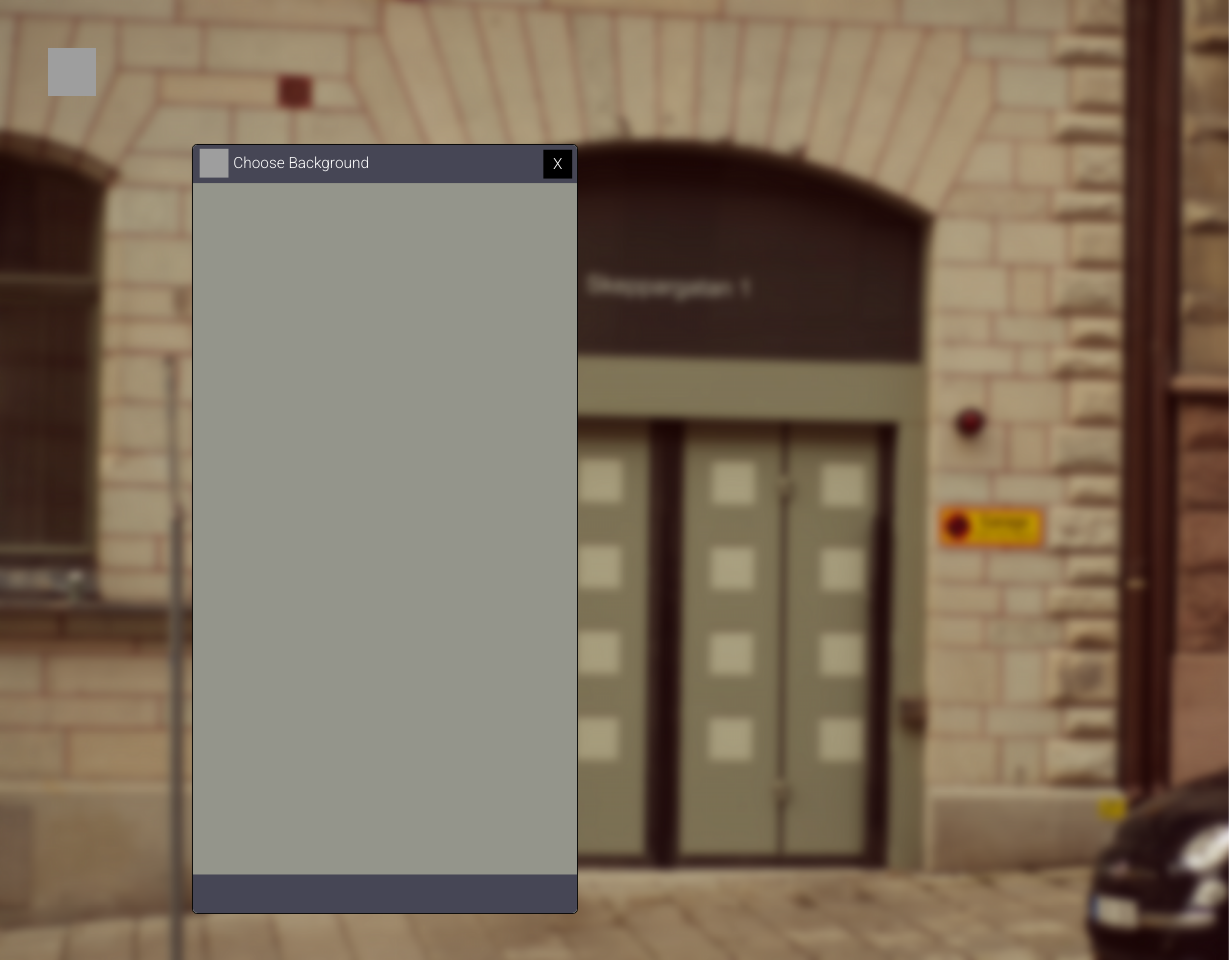
Repository: fl222hr/1dv403-laborationer
Page: 5-pwd/index.html
The author's editor kept a record of every edit. The page is drawn from the files as they stood at one moment, then again after the next edit.
The browser window is 1280 px wide. The pictures show the whole page, at 96% of full size.
Pictures or frames that could not be fetched are drawn as grey boxes. Some web libraries are served in a nearby version.

Above is the page before.

### 5-pwd/index.html
<!DOCTYPE html>
<html>
    <head>
        <link href='http://fonts.googleapis.com/css?family=Source+Sans+Pro:200,300,400,600,700,900,200italic,300italic,400italic,600italic,700italic,900italic' rel='stylesheet' type='text/css'>
        <link href="//maxcdn.bootstrapcdn.com/font-awesome/4.2.0/css/font-awesome.min.css" rel="stylesheet">
        <link href="css/custom.css" rel="stylesheet">
        <meta charset="utf-8">
        <link href='http://fonts.googleapis.com/css?family=Roboto:400,300' rel='stylesheet' type='text/css'>
    <title>Desktop App</title>
    </head>
    <body>
    <script src="Popup.js"></script>
    <script src="Desktop.js"></script>




    </body>
</html>

### 5-pwd/css/custom.css
/*#B7B6C1
*/
body{
    padding:0px;
    margin:0px;
    font-family: 'Roboto', sans-serif;
    font-weight:lighter;
}
#desktop{
    overflow:hidden;
    margin-left:auto;
    margin-right:auto;
    width:100%;
    height:1000px;
    background-size:cover;
}

.icon{
    width:50px;
    height:50px;
    margin-left:50px;
    margin-top:50px;
    background-size:contain;
    cursor:pointer;
}

.popup{
    background-color:#94958B;
    border-radius:5px;
    border-style:solid;
    border-color:black;
    border-width:1px;
}

.topBar{
    width:100%;
    height:5%;
    background-color:#464655;
    border-top-left-radius:5px;
    border-top-right-radius:5px;
}

.headline{
    margin-left:5px;
    margin-top:2px;
    height:35px;
    float:left;
}

.headlineIcon{
    float:left;
    margin-left:2px;
    margin-top:2px;
    height:30px;
    width:30px;
    background-size:contain;
}

.headlineText{
    float:left;
    color:white;
    line-height:30px;
    margin-top:2px;
    margin-left:5px;
}

.closeButton{
    text-align:center;
    line-height:30px;
    color:white;
    margin-top:5px;
    margin-right:5px;
    height:30px;
    width:30px;
    background-color:black;
    float:right;
    cursor:pointer;
}

.closeButton:hover{
    cursor:pointer;
}

.popupContent{
    width:100%;
    height:90%;
    background-color:#94958B;
    overflow:scroll;
}

.bottomBar{
    width:100%;
    height:5%;
    background-color:#464655;
    border-bottom-left-radius:5px;
    border-bottom-right-radius:5px;
}

.container{
    background-color:#94958B;
    -webkit-transform: rotate(-90deg);
    -moz-transform: rotate(-90deg);
    -ms-transform: rotate(-90deg);
    -o-transform: rotate(-90deg);
    transform: rotate(-90deg);
    border-bottom-right-radius:10px;
    border-style:solid;
    border-color:gray;
}
.tab{
    color:white;
    border-top-left-radius:10px;
    border-top-right-radius:10px;
    font-size:16px;
    height:30px;
    position:absolute;
    background-color:#464655;
    text-align:center;
    -webkit-transition:all .5s ease-out;
    -moz-transition:all .5s ease-out;
    -ms-transition:all .5s ease-out;
    -o-transition:all .5s ease-out;
    transition:all .5s ease-out;
    -webkit-transform: rotate(90deg);
    -moz-transform: rotate(90deg);
    -ms-transform: rotate(90deg);
    -o-transform: rotate(90deg);
    transform: rotate(90deg);
    padding:0px;
}

.tabActive{
    color:white;
    border-top-left-radius:10px;
    border-top-right-radius:10px;
    -webkit-transition:all .5s ease-out;
    -moz-transition:all .5s ease-out;
    -ms-transition:all .5s ease-out;
    -o-transition:all .5s ease-out;
    transition:all .5s ease-out;
    font-size:16px;
    height:30px;
    position:absolute;
    background-color:#464655;
    text-align:center;
    -webkit-transform: rotate(90deg) translate(0px, -400px);
    -moz-transform: rotate(90deg) translate(0px, -400px);
    -ms-transform: rotate(90deg) translate(0px, -400px);
    -o-transform: rotate(90deg) translate(0px, -400px);
    transform: rotate(90deg) translate(0px, -400px);
    padding:0px;
}

### 5-pwd/Popup.js
"use strict";

function Popup(ID, parent, name, iconURL, width, height, leftMargin, topMargin){

    var active = false;
    //Skapa popupen och sätt dess egenskaper
    var popup = document.createElement('div');
    popup.className = "popup";
    popup.style.width = width + "px";
    popup.style.height = height + "px";
    popup.style.marginLeft = leftMargin +"px";
    popup.style.marginTop = topMargin +"px";
    document.getElementById(parent).appendChild(popup);  //Addera popupen till Desktopen

    //Skapa top-baren
    var topBar = document.createElement('div');
    topBar.className = "topBar";
    popup.appendChild(topBar); //Addera TopBaren till popupen

        var headline = document.createElement('div');
        headline.className = "headline";
        topBar.appendChild(headline);

            var headlineIcon = document.createElement('div');
            headlineIcon.className = "headlineIcon";
            headlineIcon.style.backgroundImage =  "url(\""+iconURL+"\")";
            headline.appendChild(headlineIcon);

            var headlineText = document.createElement('p');
            headlineText.className = "headlineText";
            headlineText.innerHTML = name;
            headline.appendChild(headlineText);

        var closeButton = document.createElement('div');
        closeButton.className = "closeButton";
        closeButton.innerHTML = "X";
        topBar.appendChild(closeButton);

    //Skapa content-diven i popupen
    var popupContent = document.createElement('div');
    popupContent.className = "popupContent";
    popupContent.id = ID;
    popup.appendChild(popupContent);

    //Skapa bottom-baren
    var bottomBar = document.createElement('div');
    bottomBar.className = "bottomBar";
    popup.appendChild(bottomBar);

        var statusText = document.createElement('div');
        statusText.className = "statusText";
        bottomBar.appendChild(statusText);


    closeButton.onclick = function(){
    document.getElementById(parent).removeChild(popup);

    };

    this.setStatusText = function(text){
        statusText.innerHTML = text;
    };

    this.getParent = function(){
        return parent;
    };

    this.getWidth = function(){
      return width;
    };

}

### 5-pwd/Desktop.js
"use strict";

var DesktopApp ={

    defaultBackground: "images/default.png", //variable to keep url to default background
    backgrounIcon: "images/bgIcon.png",
    desktopID: "desktop",
    toolbarID: "toolbar",
    buttonID:"button",
    popupURL: "popup.html",

    init:function(){
    this.setupDesktop();
    this.setBackground(this.defaultBackground);
    },

    setupDesktop:function(){

    //Setup the desktop
    var desktop = document.createElement('div');
    desktop.id = this.desktopID;
    document.body.appendChild(desktop); //add the desktop to the "site"

    var icon = document.createElement('div');
    icon.className = "icon";
    icon.style.backgroundImage = "url(\""+this.backgrounIcon+"\")";
    desktop.appendChild(icon);

    icon.onclick = function(){
    document.getElementById(parent).removeChild(popup);

    };

    //var backgroundTab = new Tab("bgTab", this.desktopID, "Background", 400, 800, 50, 100);
    var popup = new Popup("bgPopup", this.desktopID, "Choose Background", this.backgrounIcon, 400, 800, 200, 50);
    },

    setBackground:function(imageUrl){
        console.log("Fired");
        document.getElementById(this.desktopID).style.backgroundImage = "url(\""+imageUrl+"\")";
    }
};

window.onload = function(){
    DesktopApp.init();
};


/*
//var win = open('index.html', 'example', 'width=1024,height=640')
win.focus()
win.onload = function() {
  var div = win.document.createElement('div')
  div.innerHTML = 'Welcome into the future!'
  div.style.fontSize = '30px'
  win.document.body.insertBefore(div, win.document.body.firstChild)
}
*/

After the next edit:
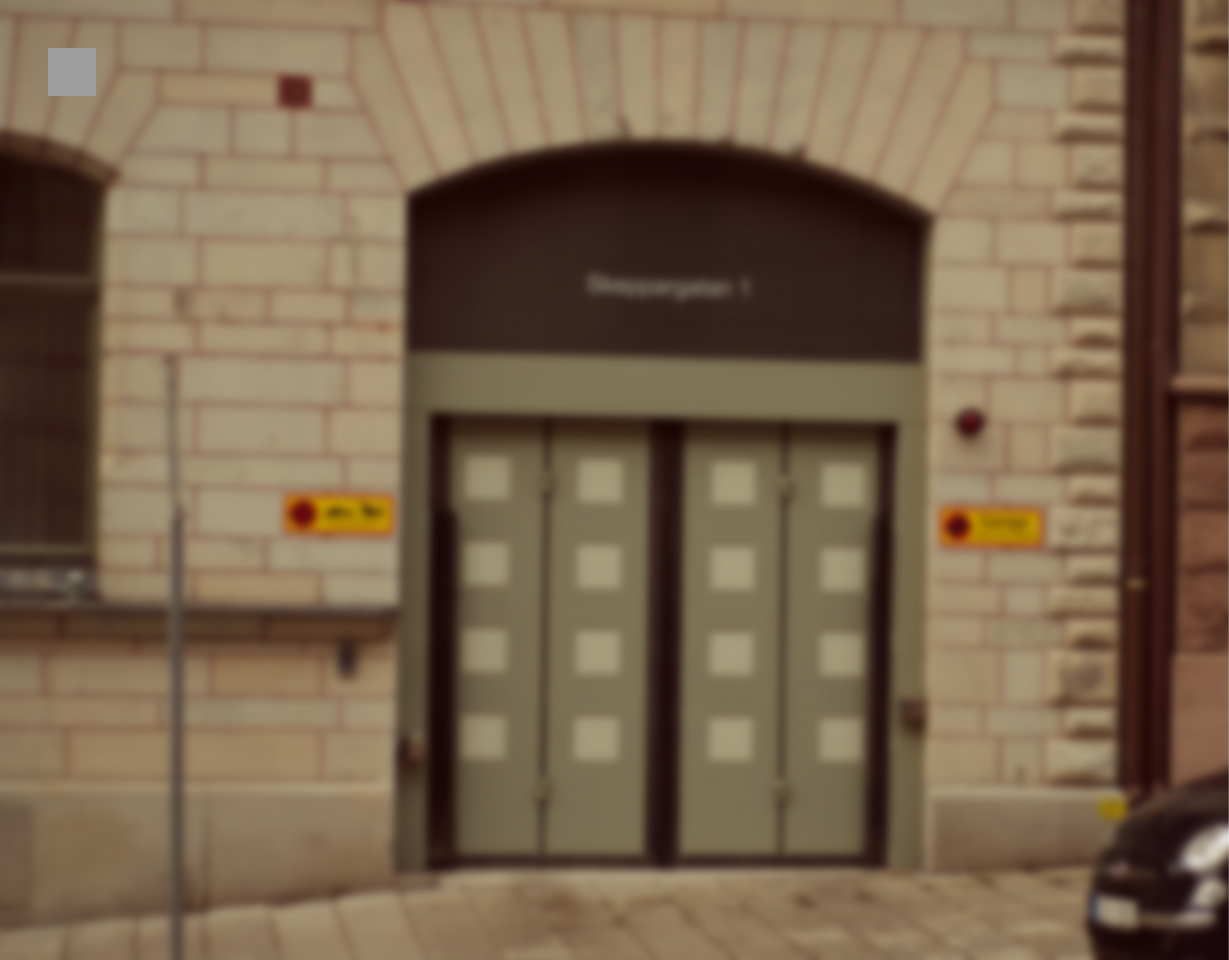
The edit:
--- a/5-pwd/Desktop.js
+++ b/5-pwd/Desktop.js
@@ -32,7 +32,6 @@
     };
 
     //var backgroundTab = new Tab("bgTab", this.desktopID, "Background", 400, 800, 50, 100);
-    var popup = new Popup("bgPopup", this.desktopID, "Choose Background", this.backgrounIcon, 400, 800, 200, 50);
     },
 
     setBackground:function(imageUrl){
